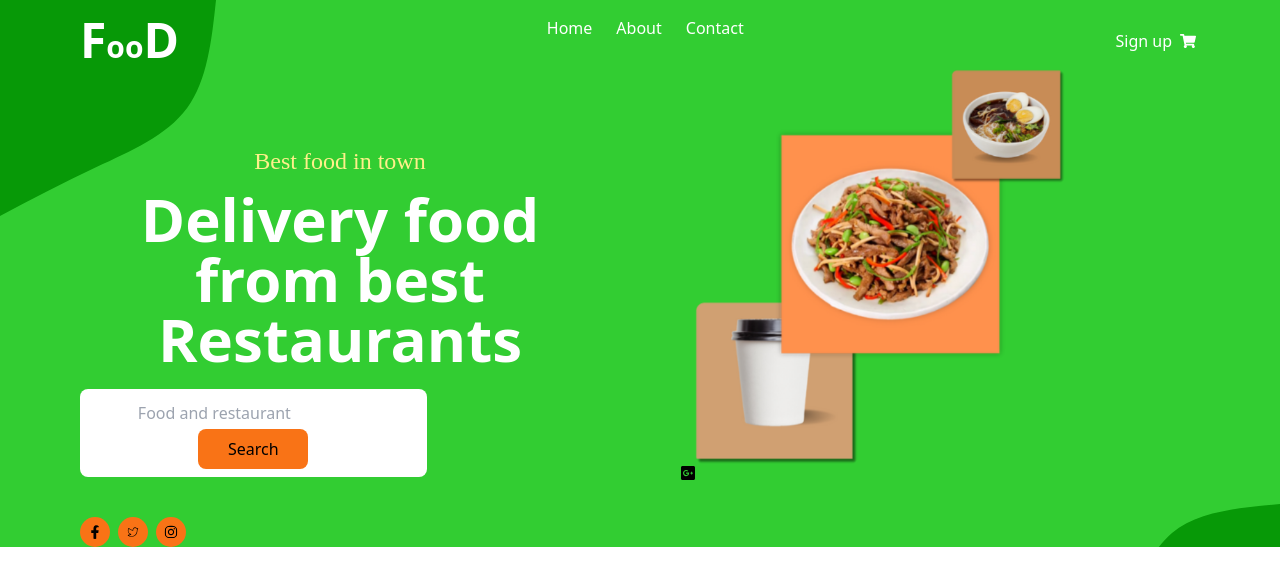
Repository: KhushiCode14/FoodWeb
Page: /
An editor plug-in stored every save of this project. The page is shown before and after the next save, followed by the edit.
The browser window is 1280 px wide. The pictures show the whole page.
The project was rebuilt for these pictures with package versions that can differ from the ones it lists, and the page was loaded fresh each time. Also part of the build but not shown: src/components/Home/SignUp.tsx, src/components/Home/SignIn.tsx.

Above is the page before, as saved 2024-09-19 20:31:03.

### src/index.css
@tailwind base;
@tailwind components;
@tailwind utilities;

.bgBack{
  background-image: url(../src/components/images/background.svg);
}

### src/App.tsx
import { Route, BrowserRouter as Router, Routes ,  } from 'react-router-dom';
import './App.css';
import Navbar from './Pages/Navbar';
import Home from './Pages/Home';
import SignUp from './components/Home/SignUp';
import SignIn from './components/Home/SignIn';

function App() {
  return (
    <div className="App bgBack m-0 px-20 pt-2">
      <Router>
        <Navbar/>
      <Routes>
        <Route  path="/" element={<Home/>} />
        <Route  path="/signUp" element={<SignUp/>} />
        <Route  path="/signIn" element={<SignIn/>} />
        {/* <Route  path="/about" element={About} />
        <Route  path="/contact" element={Contact} /> */}
        </Routes>
      </Router>

    </div>
  );
}

export default App;

### src/Pages/Navbar.tsx
import { NavLink } from "react-router-dom"
import { Link } from "react-router-dom"
import { FaShoppingCart } from "react-icons/fa";
import { FaCartPlus } from "react-icons/fa";
import { useState } from "react";
interface nav {
  to: string,
  linkName: string

}
const Navbar: React.FC = () => {
  const [sign, setSign] = useState<string>('Sign up');
  const [cart, setCart] = useState<JSX.Element>(<FaShoppingCart />);
  const navLink: nav[] = [
    { to: "/", linkName: "Home" },
    { to: "/about", linkName: "About" },
    { to: "/contact", linkName: "Contact" },
    // Add more links as needed
  ]
  const handleSign = () => {
    setSign(sign === 'Sign up'? 'Sign in' : 'Sign up');
  }
  const handleCart = () => {
    setCart(prevCart =>
      prevCart.type === FaShoppingCart ? <FaCartPlus /> : <FaShoppingCart />
    );
  };

  return (
    <div className=" mt-2 flex justify-between text-white">
      <div className="font-bold text-3xl"><h1><span className=" text-5xl">F</span>oo<span className=" text-5xl">D</span></h1></div>
      <div>
        {
          navLink.map((link, index) => (
            <Link key={index} to={link.to} className="mx-3 hover:text-gray-800">
              {link.linkName}
            </Link>
          ))
        }
      </div>
      <div className="flex justify-center items-center">
        <button><NavLink to="/signUp" onClick={handleSign} className="m-1">{sign}</NavLink></button>

        <div onClick={handleCart}className="m-1" >
          {cart}
        </div>



      </div>
    </div>
  )
}

export default Navbar

### src/Pages/Home.tsx

import { FaFacebookF, FaGooglePlusSquare, FaInstagram, } from "react-icons/fa"
import { CiTwitter } from "react-icons/ci";
import food from "../components/images/food.png"
import { Link } from "react-router-dom";
const Home: React.FC = () => {
  return (

    <div className=" flex  gap-20 justify-center ">

      <div className="w-1/2 justify-center items-center  mt-20 ">
        <h3 className="font-cursive text-2xl mb-3 text-yellow-200">Best food in town</h3>
        <h1 className="text-6xl mb-5 text-white font-bold">Delivery food from best Restaurants</h1>
        <div className="justify-between">
         <div className="mb-10 rounded-lg bg-white w-2/3 p-2 justify-between ">
         <input type="text" placeholder="Food and restaurant " className="p-1 outline-none"></input>
         <button className="bg-orange-500 p-2 w-1/3 rounded-lg" >Search</button>
         </div>
          <div className="flex gap-2  ">
            <Link to="/about"><FaFacebookF  size={30}className="bg-orange-500  text-black rounded-full font-extrabold  p-2"/>
            </Link>
            <Link to=""> < CiTwitter  size={30}className="bg-orange-500  p-2 rounded-full" />
            </Link>
            <Link to="">  <FaInstagram  size={30}className="bg-orange-500  p-2 rounded-full" />
            </Link>

          </div>
        </div>
      </div>
      <div className="w-1/2 items-center justify-center" >
        <img src={food} alt="logo" width={400} />
        <FaGooglePlusSquare />
      </div>
    </div>
  )
}

export default Home

### tailwind.config.js
/** @type {import('tailwindcss').Config} */
module.exports = {
  content: [
    "./src/**/*.{js,jsx,ts,tsx}",
  ],
  theme: {
    extend: {
      fontFamily: {
        'cursive': ['Pacifico', 'cursive']
      }
    },
  },
  plugins: [],
}

Loaded but not shown: public/index.html (common file); src/index.tsx (common file); src/reportWebVitals.ts (common file); src/App.css (common file)

After the next save:
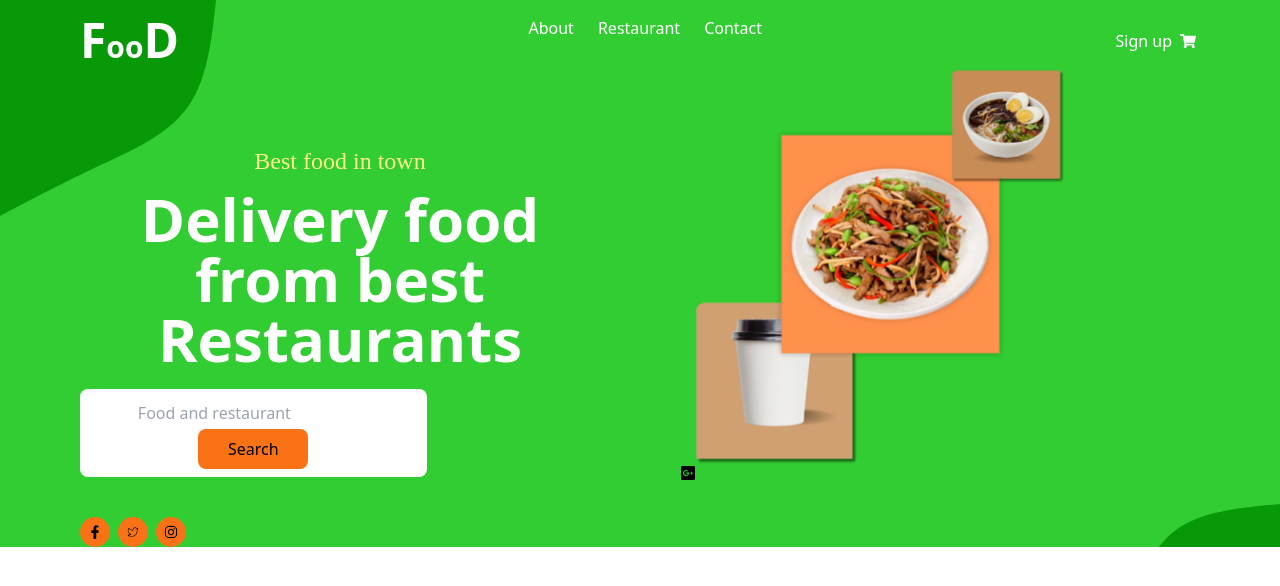
Saved 53 s later.
--- a/src/Pages/Navbar.tsx
+++ b/src/Pages/Navbar.tsx
@@ -12,8 +12,8 @@ const Navbar: React.FC = () => {
   const [sign, setSign] = useState<string>('Sign up');
   const [cart, setCart] = useState<JSX.Element>(<FaShoppingCart />);
   const navLink: nav[] = [
-    { to: "/", linkName: "Home" },
     { to: "/about", linkName: "About" },
+    { to: "/", linkName: "Restaurant" },
     { to: "/contact", linkName: "Contact" },
     // Add more links as needed
   ]
